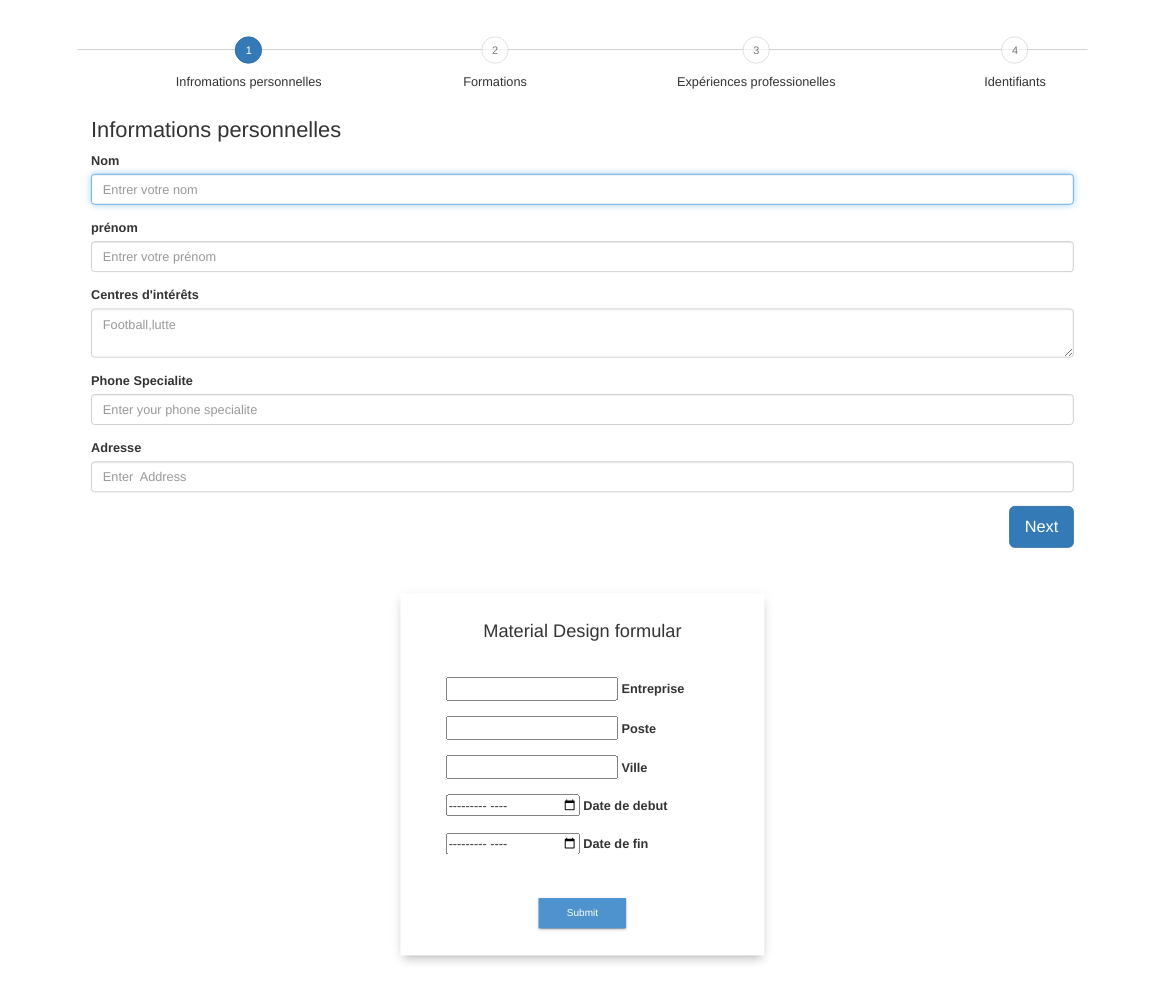
Repository: moAllElite/Examen-EJB-WEB-EAR
Page: http://localhost/SearchJobsWeb/views/inscription/addCV.jsp
An editor plug-in stored every save of this project. The page is shown before and after the next save, followed by the edit.
The browser window is 1280 px wide. The pictures show the whole page, at 91% of full size.
Some web libraries are served in a nearby version. The page is served by Tomcat 9. Nobody is signed in. The application's start-up code is not run.

Above is the page before, as saved 2023-03-28 15:57:06.

After the next save:
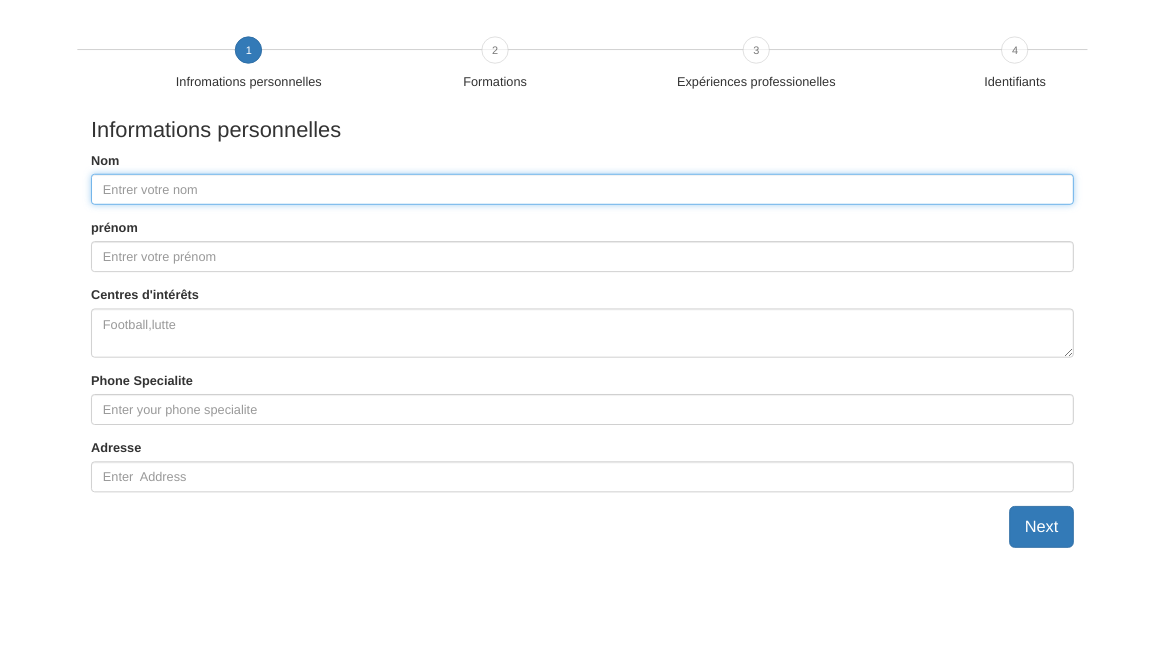
Saved 57 s later.
--- a/SearchJobsWeb/src/main/webapp/views/inscription/addCV.jsp
+++ b/SearchJobsWeb/src/main/webapp/views/inscription/addCV.jsp
@@ -185,7 +185,49 @@
 					 <jsp:include page="popup.jsp"></jsp:include>
 			</div>
 
-
+		<style>
+			#target-content {
+  position: fixed;
+  top: 0;
+  right: 0;
+  bottom: 0;
+  left: 0;
+  pointer-events: none;
+  opacity: 0;
+  transition: opacity 200ms; }
+  #target-content:target {
+    pointer-events: all;
+    opacity: 1; }
+  #target-content #target-inner {
+    position: absolute;
+    display: block;
+    padding: 48px;
+    line-height: 1.8;
+    width: 70%;
+    top: 50%;
+    left: 50%;
+    transform: translateX(-50%) translateY(-50%);
+    box-shadow: 0px 12px 24px rgba(0, 0, 0, 0.2);
+    background: white;
+    color: #34495E; }
+    #target-content #target-inner h2 {
+      margin-top: 0; }
+    #target-content #target-inner code {
+      font-weight: bold; }
+  #target-content a.close {
+    content: '';
+    position: absolute;
+    top: 0;
+    right: 0;
+    bottom: 0;
+    left: 0;
+    background-color: #34495E;
+    opacity: 0.5;
+    transition: opacity 200ms; }
+    #target-content a.close:hover {
+      opacity: 0.4; }
+
+		</style>
 
 
 
